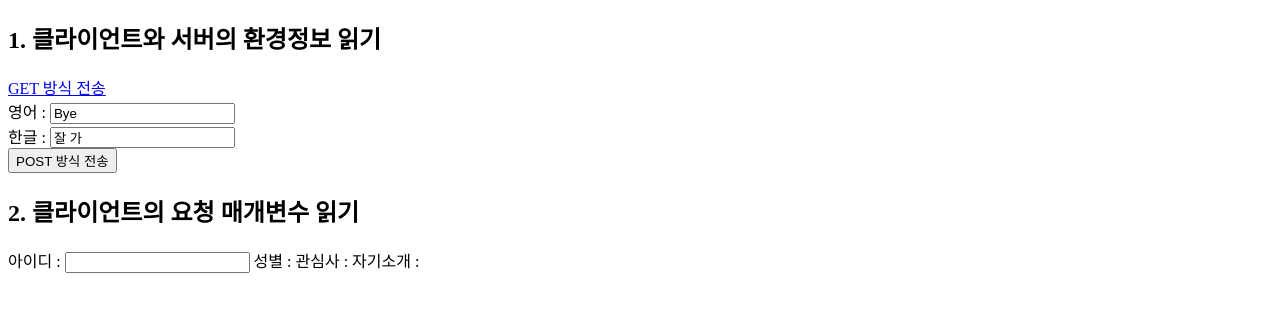
Repository: iamstudybox00/JSP_Servlet
Page: http://localhost/MustHaveJSP/02ImplicitObject/RequestMain.jsp
The author's editor kept a copy of each file at every save. The page is drawn from the files as they stood at one save, then again after the next save.
The browser window is 1280 px wide. The pictures show the whole page.
The page is served by Tomcat 10. Other server files are loaded and not shown.

Above is the page before, as saved 2025-05-02 05:50:17.

### MustHaveJSP/src/main/webapp/02ImplicitObject/RequestMain.jsp
<%@ page language="java" contentType="text/html; charset=UTF-8"
    pageEncoding="UTF-8"%>
<!DOCTYPE html>
<html>
	<head>
	<meta charset="UTF-8">
	<title>내장객체 - request</title>
	</head>
	<body>
		<h2>1. 클라이언트와 서버의 환경정보 읽기</h2>
		<a href="./RequestWebInfo.jsp?eng=Hello&han=안녕">
			GET 방식 전송
		</a>
		<br/>
		<form action="RequestWebInfo.jsp" method="post" accept-charset="utf-8">
			영어 : <input type="text" name="eng" value="Bye" /><br/>
			한글 : <input type="text" name="han" value="잘 가" /><br/>
			<input type="submit" value="POST 방식 전송" />
		</form>

		<h2>2. 클라이언트의 요청 매개변수 읽기</h2>
		<form method="post" action="RequestParameter.jsp">
			아이디 : <input type="text" name="id" value="" />
			성별 :
			관심사 :
			자기소개 :
		</form>
	</body>
</html>

After the next save:
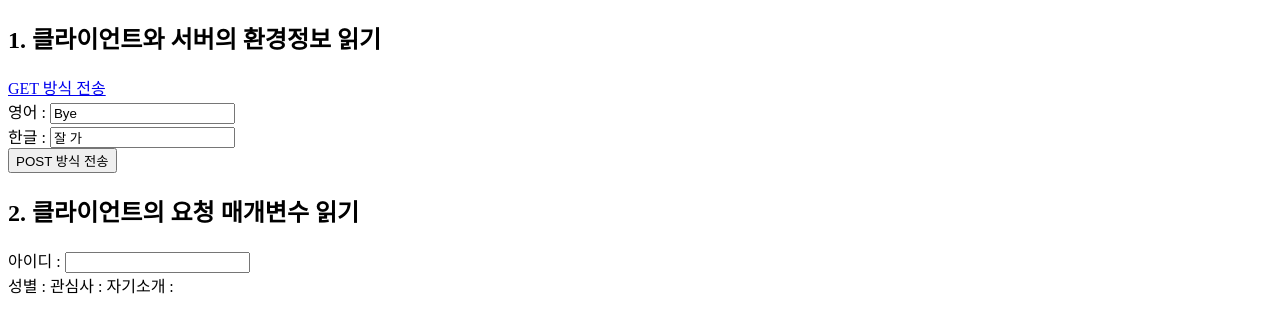
Saved 13 s later.
--- a/MustHaveJSP/src/main/webapp/02ImplicitObject/RequestMain.jsp
+++ b/MustHaveJSP/src/main/webapp/02ImplicitObject/RequestMain.jsp
@@ -20,7 +20,7 @@
 
 		<h2>2. 클라이언트의 요청 매개변수 읽기</h2>
 		<form method="post" action="RequestParameter.jsp">
-			아이디 : <input type="text" name="id" value="" />
+			아이디 : <input type="text" name="id" value="" /><br/>
 			성별 :
 			관심사 :
 			자기소개 :
